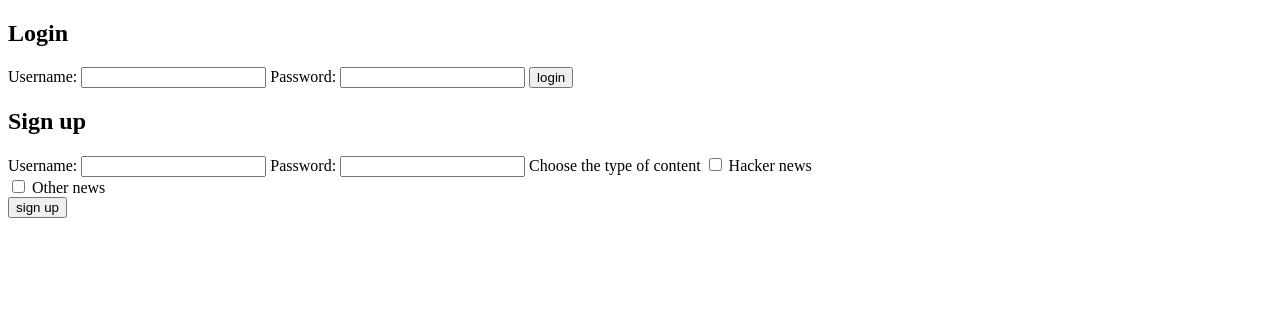
Repository: akshatmaheshwar/HackerNews-Clone
Page: http://localhost/HackerNews/login_page.jsp
An editor plug-in stored every save of this project. The page is shown before and after the next save, followed by the edit.
The browser window is 1280 px wide. The pictures show the whole page.
The page is served by Tomcat 10. Other server files are loaded and not shown.

Above is the page before, as saved 2023-10-18 09:20:21.

### HackerNews/src/main/webapp/login_page.jsp
<%@ page language="java" contentType="text/html; charset=ISO-8859-1"
    pageEncoding="ISO-8859-1"%>
<!DOCTYPE html>
<html>
<head>
<meta charset="ISO-8859-1">
<title>Hacker News</title>
</head>
<body>
<h2>Login</h2>
<form action="accountservlet" method="post">
        Username: <input type="text" name="username" required>
        Password: <input type="password" name="password" required>
        <input type="submit" value="login">
    </form>

<h2>Sign up</h2>
<form action="signupservlet" method="get">
        Username: <input type="text" name="username" required>
        Password: <input type="password" name="password" required>
        Choose the type of content
          <input type="checkbox" name="hackernews" value="1">
		  <label for="hackernews"> Hacker news</label><br>
		  <input type="checkbox" name="othernews" value="1">
		  <label for="othernews"> Other news</label><br>
        <input type="submit" value="sign up">
    </form>
</body>
</html>

After the next save:
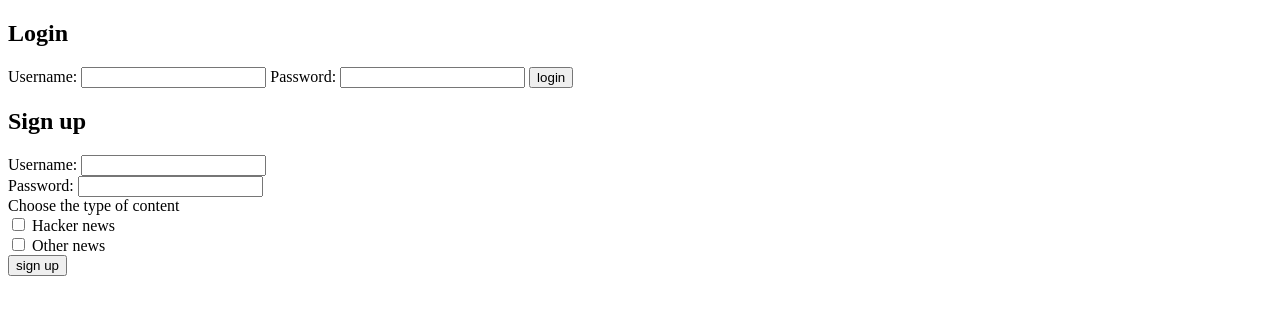
Saved 6 min 30 s later.
--- a/HackerNews/src/main/webapp/login_page.jsp
+++ b/HackerNews/src/main/webapp/login_page.jsp
@@ -16,9 +16,9 @@
 
 <h2>Sign up</h2>
 <form action="signupservlet" method="get">
-        Username: <input type="text" name="username" required>
-        Password: <input type="password" name="password" required>
-        Choose the type of content
+        Username: <input type="text" name="username" required><br>
+        Password: <input type="password" name="password" required><br>
+        Choose the type of content<br>
           <input type="checkbox" name="hackernews" value="1">
 		  <label for="hackernews"> Hacker news</label><br>
 		  <input type="checkbox" name="othernews" value="1">
